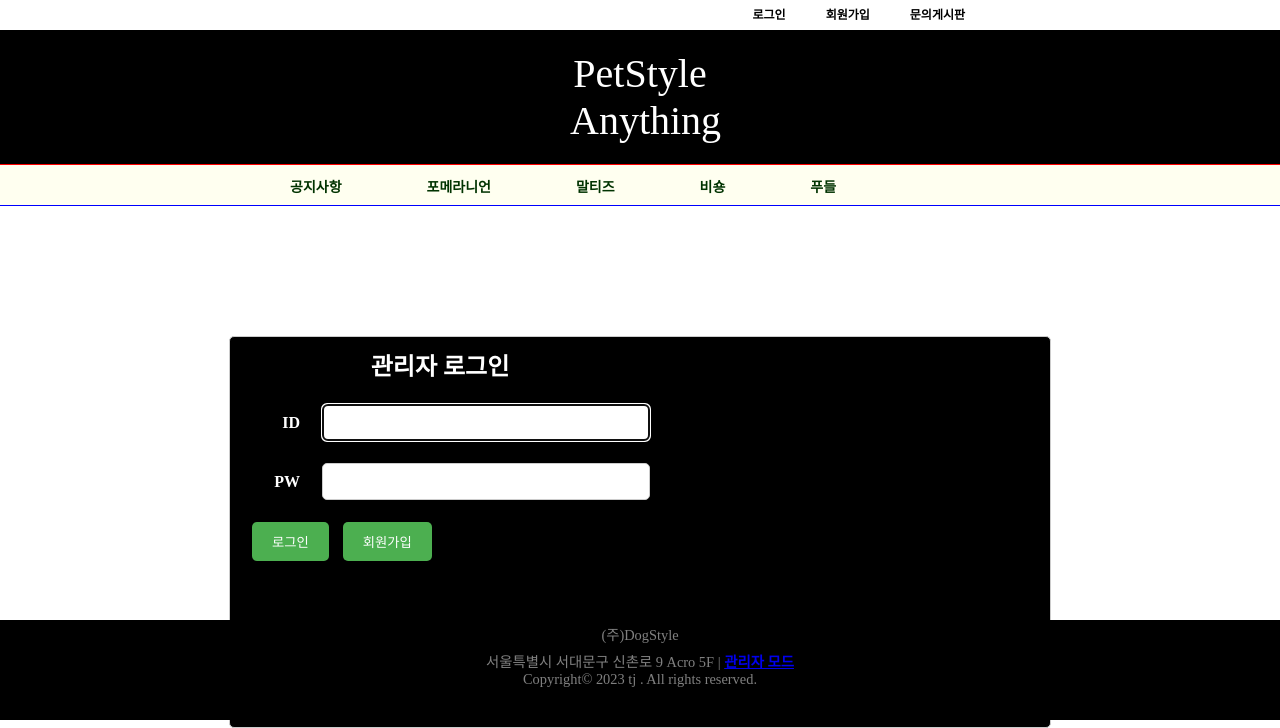
Repository: kdkk2000/Project
Page: http://localhost/petstyle/admin/adminLogin.jsp
The author's editor kept a copy of each file at every save. The page is drawn from the files as they stood at one save, then again after the next save.
The browser window is 1280 px wide. The pictures show the whole page.
The page is served by Tomcat 9. The template is opened directly, without the code that normally fills it, so the values that code supplies are empty.

Above is the page before, as saved 2023-03-29 06:41:53.

After the next save:
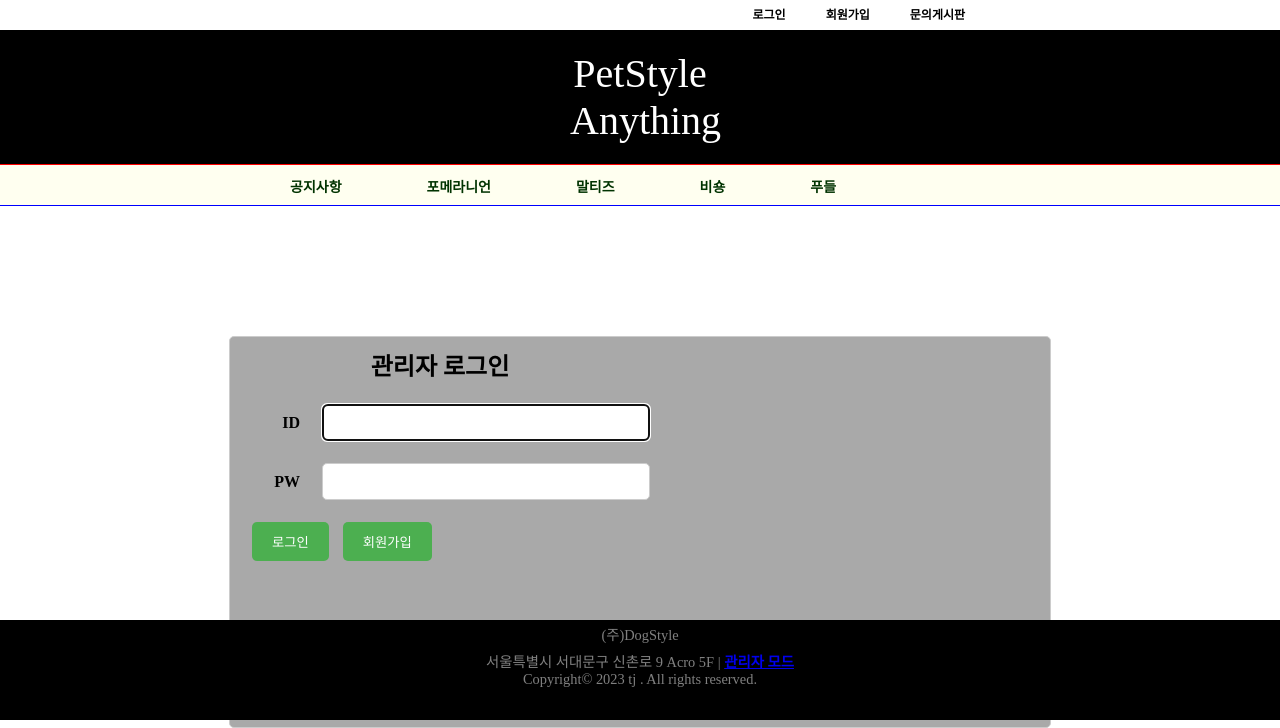
Saved 18 s later.
--- a/petstyle/WebContent/css/login.css
+++ b/petstyle/WebContent/css/login.css
@@ -3,8 +3,8 @@
 #content_form {
   width: 150px;
   padding: 10px;
-  background-color: black;
-  color: white;
+  background-color: darkgray;
+  color: black;
   border: 1px solid #ccc;
   border-radius: 5px;
 }
